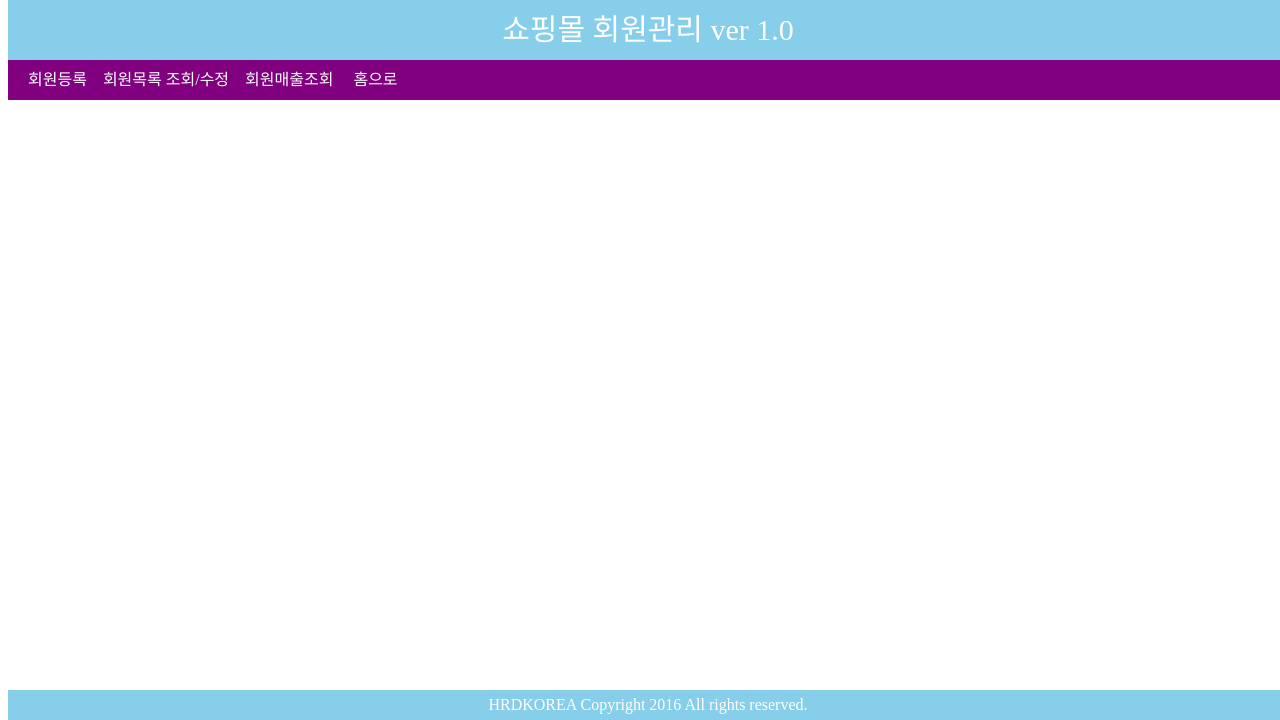
Repository: haileylee94/mini-project
Page: http://localhost/hrd/memberList.jsp
These files come from the project's save history. The page is drawn as it stood at one moment and after the next save; the edit follows.
The browser window is 1280 px wide. The pictures show the whole page.
The page is served by Tomcat 9. Other server files are loaded and not shown.

Above is the page before, as saved 2022-11-17 23:15:37.

### hrd/WebContent/memberList.jsp
<%@ page language="java" contentType="text/html; charset=UTF-8"
    pageEncoding="UTF-8"%>
<!DOCTYPE html>
<html>
<head>
<meta charset="UTF-8">
<title>list/edit</title>
</head>
<body>
<jsp:include page="header.jsp"/>
<jsp:include page="footer.jsp"/>
</body>
</html>

### hrd/WebContent/header.jsp
<%@ page language="java" contentType="text/html; charset=UTF-8"
    pageEncoding="UTF-8"%>
<!DOCTYPE html>
<html>
<head>
<meta charset="UTF-8">
<title>header</title>
<style type="text/css">
	header{
		position:fixed;
		top:0px;
		width:100%;
		height: 60px;
		background-color: skyblue;
		color: white;
		text-align: center;
		line-height: 60px;
		font-size: 30px;
	}
	nav{
		position: fixed;
		top: 60px;
		width: 100%;
		height: 40px;
		background-color: purple;
		line-height: 40px;
		padding-left: 20px;
		color: #fff;
	}
</style>
</head>
<body>

	<header>
		쇼핑몰 회원관리 ver 1.0
	</header>

	<nav>
		회원등록 &nbsp;&nbsp;	회원목록 조회/수정 &nbsp;&nbsp;	회원매출조회 &nbsp;&nbsp;&nbsp;	홈으로
	</nav>
</body>
</html>

### hrd/WebContent/footer.jsp
<%@ page language="java" contentType="text/html; charset=UTF-8"
    pageEncoding="UTF-8"%>
<!DOCTYPE html>
<html>
<head>
<meta charset="UTF-8">
<title>footer</title>
<style type="text/css">
	footer{
		position: fixed;
		bottom: 0px;
		background-color: skyblue;
		width: 100%;
		height: 30px;
		color: white;
		text-align: center;
		line-height: 30px;
	}
</style>
</head>
<body>

	<footer>
		HRDKOREA Copyright 2016 All rights reserved.
	</footer>
</body>
</html>

After the next save:
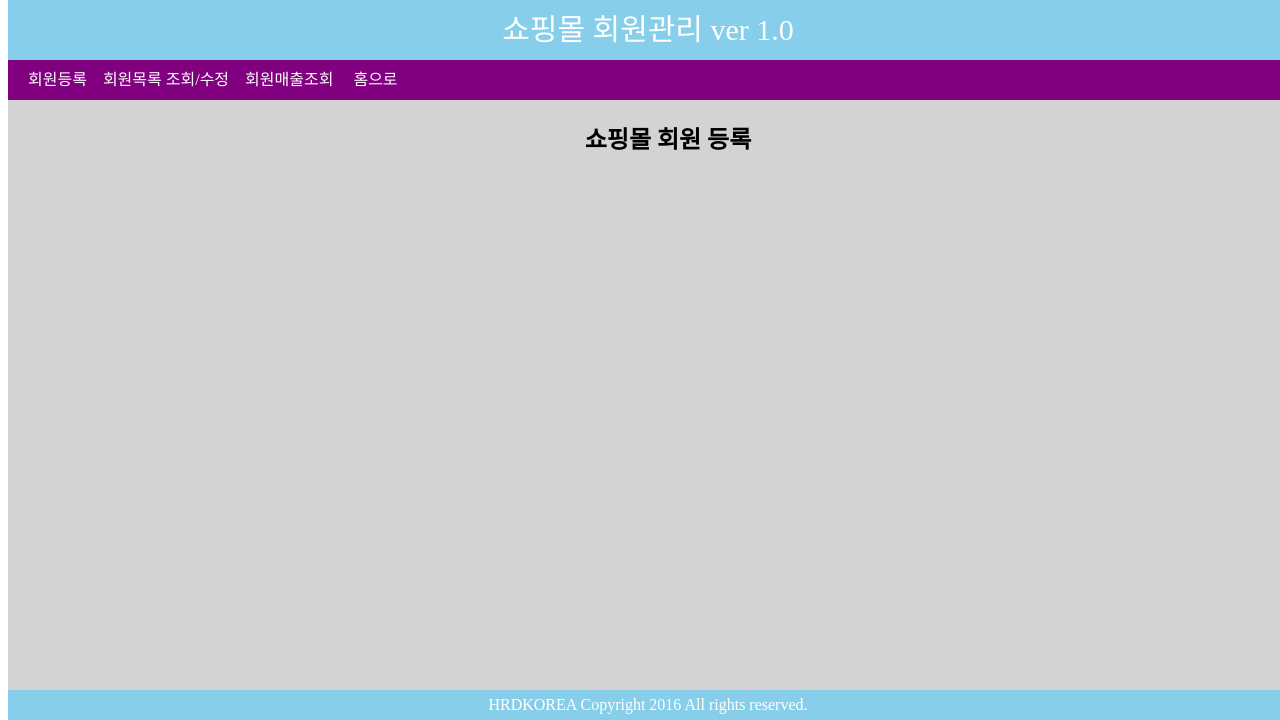
Saved 31 s later.
--- a/hrd/WebContent/memberList.jsp
+++ b/hrd/WebContent/memberList.jsp
@@ -1,5 +1,5 @@
 <%@ page language="java" contentType="text/html; charset=UTF-8"
-    pageEncoding="UTF-8"%>
+	pageEncoding="UTF-8"%>
 <!DOCTYPE html>
 <html>
 <head>
@@ -7,7 +7,13 @@
 <title>list/edit</title>
 </head>
 <body>
-<jsp:include page="header.jsp"/>
-<jsp:include page="footer.jsp"/>
+	<jsp:include page="header.jsp" />
+	<section
+		style="position: fixed; top: 100px; background-color: lightgray; height: 100%; width: 100%; padding-left: 20px">
+		<h1 style="text-align: center;">
+			<b>쇼핑몰 회원 등록</b><br>
+		</h1>
+	</section>
+	<jsp:include page="footer.jsp" />
 </body>
 </html>
